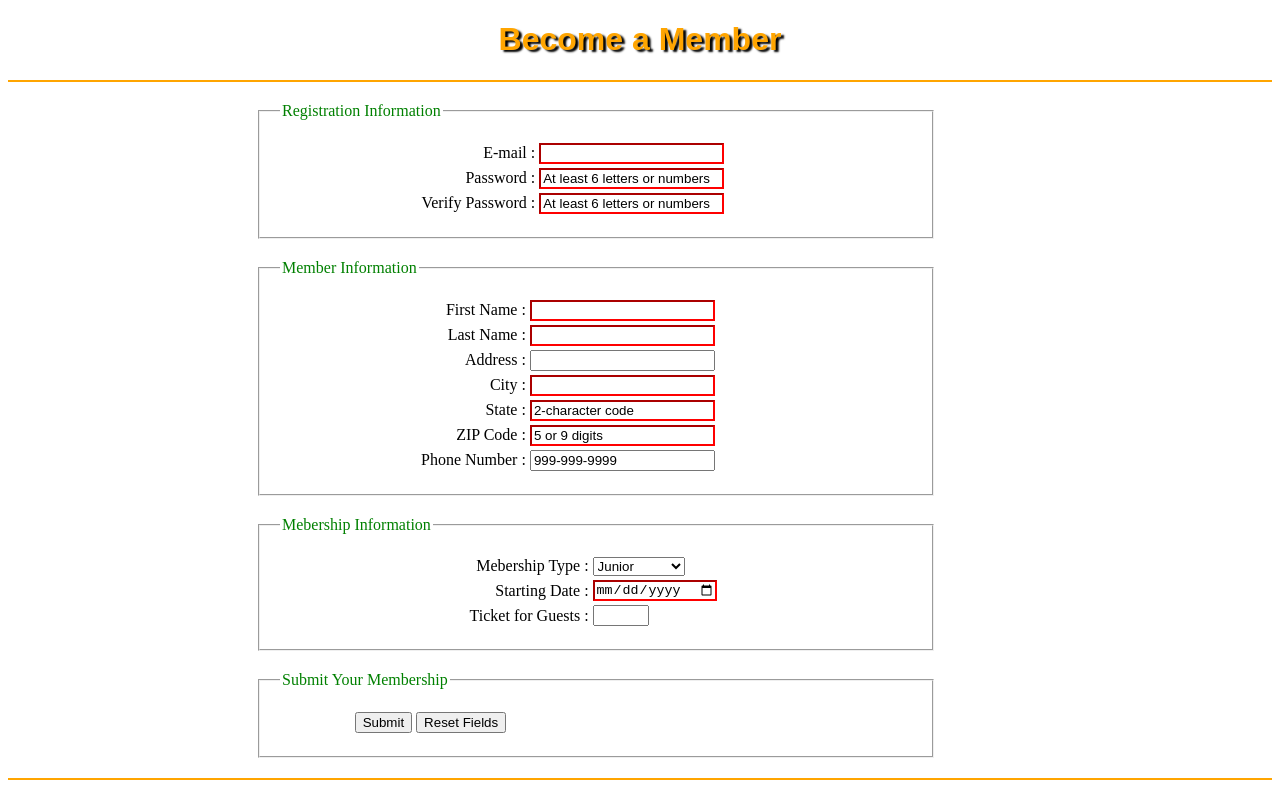
Repository: kjungyoun/Web_Study_2021
Page: 05_seoul08_homework/0302/0302.html
An editor plug-in stored every save of this project. The page is shown before and after the next save, followed by the edit.
The browser window is 1280 px wide. The pictures show the whole page.
Some web fonts or font styles are not loaded; a fallback is used.

Above is the page before, as saved 2021-03-02 12:48:49.

After the next save:
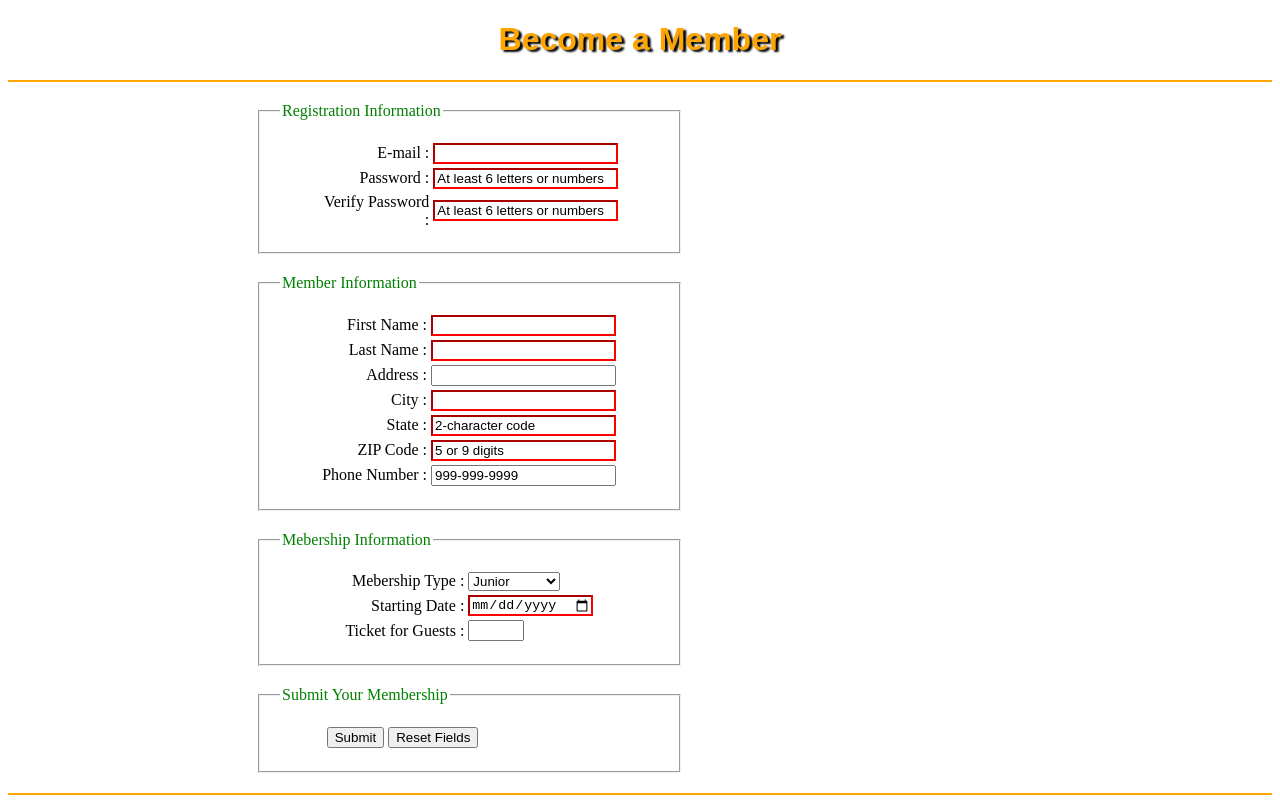
Saved 10 s later.
--- a/05_seoul08_homework/0302/0302.html
+++ b/05_seoul08_homework/0302/0302.html
@@ -6,7 +6,7 @@
 <style type="text/css">
 	fieldset {
 	color: green;
-	width:50%;
+	width:30%;
 	padding:20px;
 	margin: 20px 250px;
 	}
